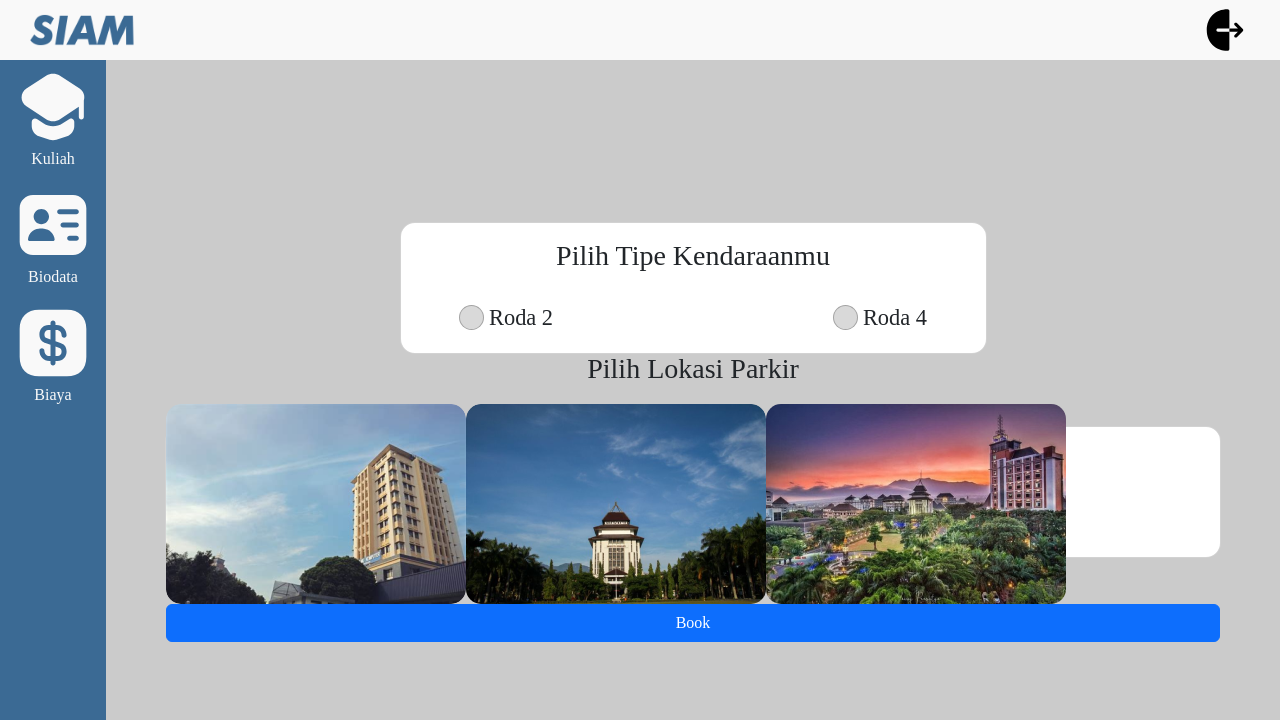
Repository: haikalirf/Project-IMK
Page: parkir.html
The author's editor kept a copy of each file at every save. The page is drawn from the files as they stood at one save, then again after the next save.
The browser window is 1280 px wide. The pictures show the whole page.
Some web fonts or font styles are not loaded; a fallback is used.

Above is the page before, as saved 2022-12-12 23:37:56.

After the next save:
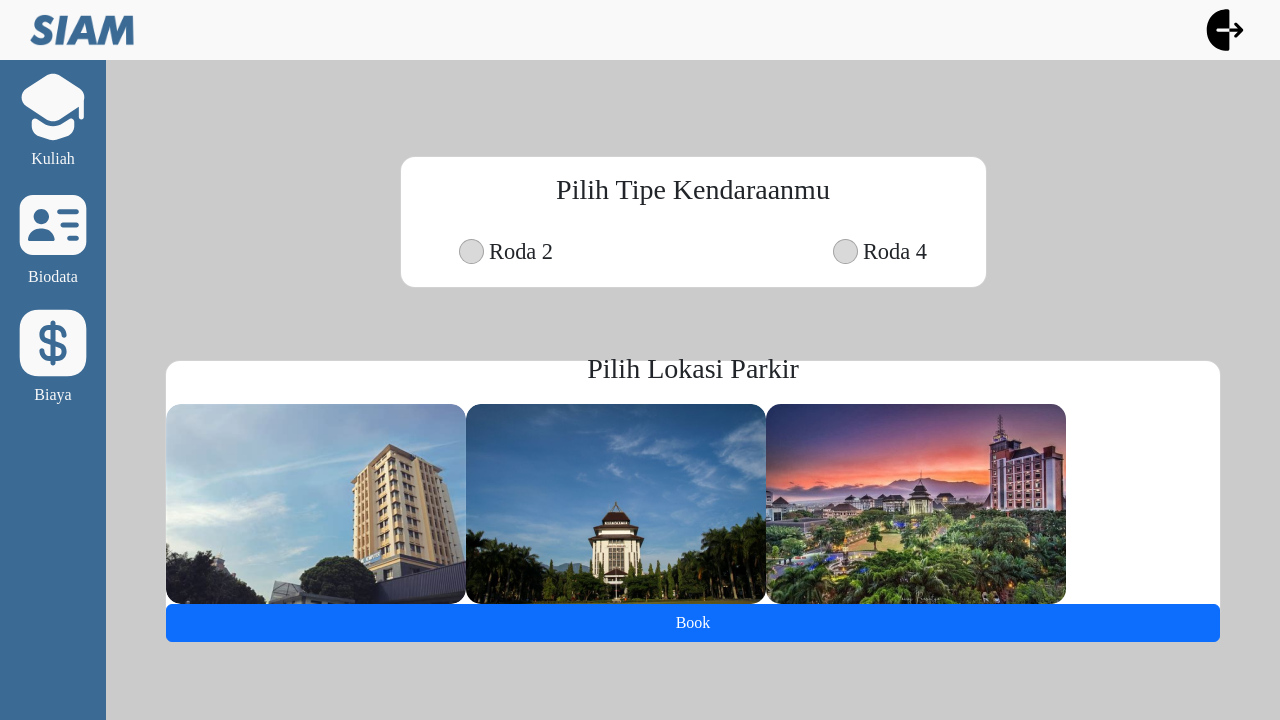
Saved 11 s later.
--- a/styles/parkir.css
+++ b/styles/parkir.css
@@ -124,7 +124,7 @@ a img, a label {
 
 #cardBottom {
 	width: 90%;
-	height: 20%;
+	height: 40%;
 	display: flex;
 	justify-content: center;
 }
